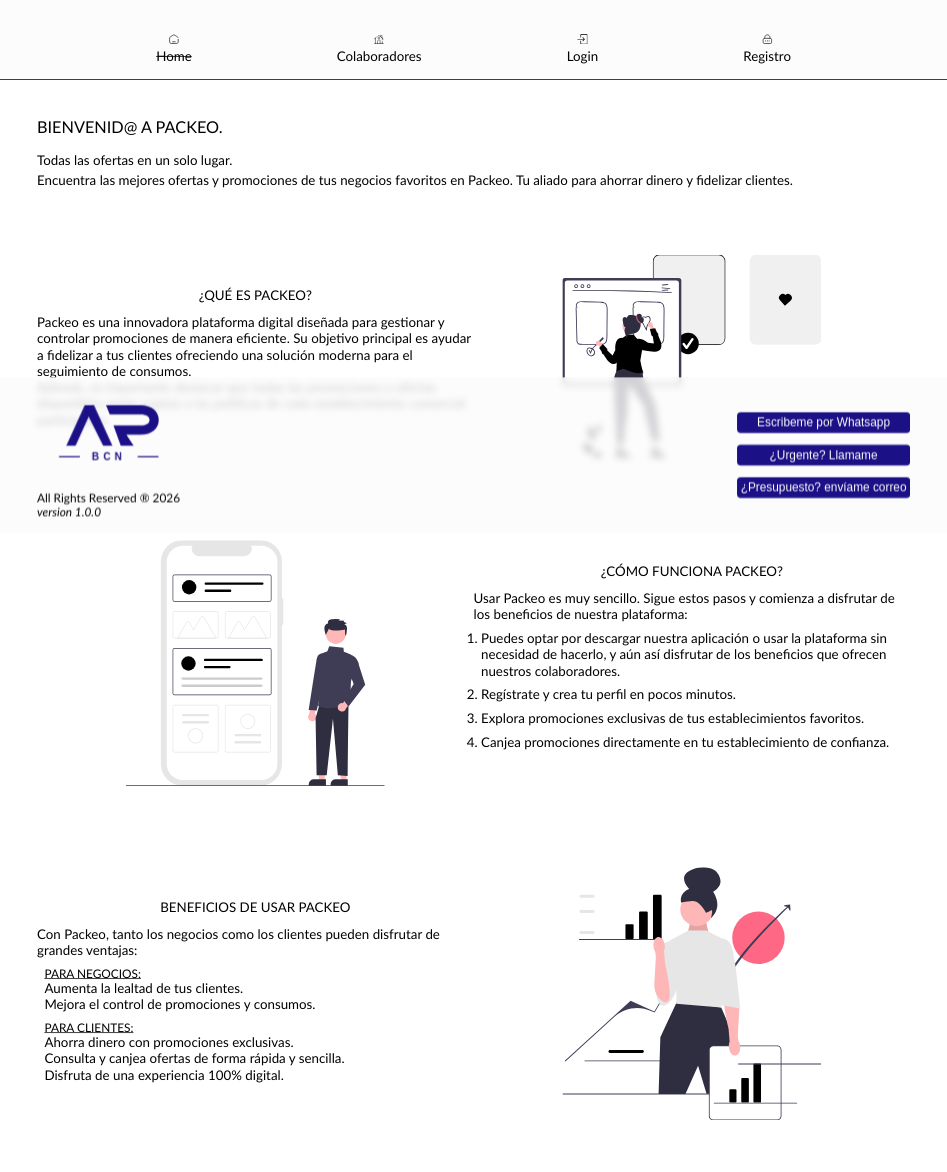
Repository: alupvcbarcelona/alupvcbarcelona-front
Page: /
These files come from the project's save history. The page is drawn as it stood at one moment and after the next save; the edit follows.
The browser window is 1280 px wide. The pictures show the whole page, at 74% of full size.
The page's requests for data from a server got no answer. The project was rebuilt for these pictures with package versions that can differ from the ones it lists, and the page was loaded fresh each time. No one was signed in, and anything a server would have sent is missing. Also part of the build but not shown: vite.config.js, src/reducers/partner.reducer/partner.action.js, src/views/Pack/utils/content.js, src/views/Pack/Pack.css, src/views/Pack/Pack.jsx, src/views/404/utils.js, src/views/404/NotFound.css, src/views/404/NotFound.jsx and 6 more.

Above is the page before, as saved 2026-07-24 09:20:52.

After the next save:
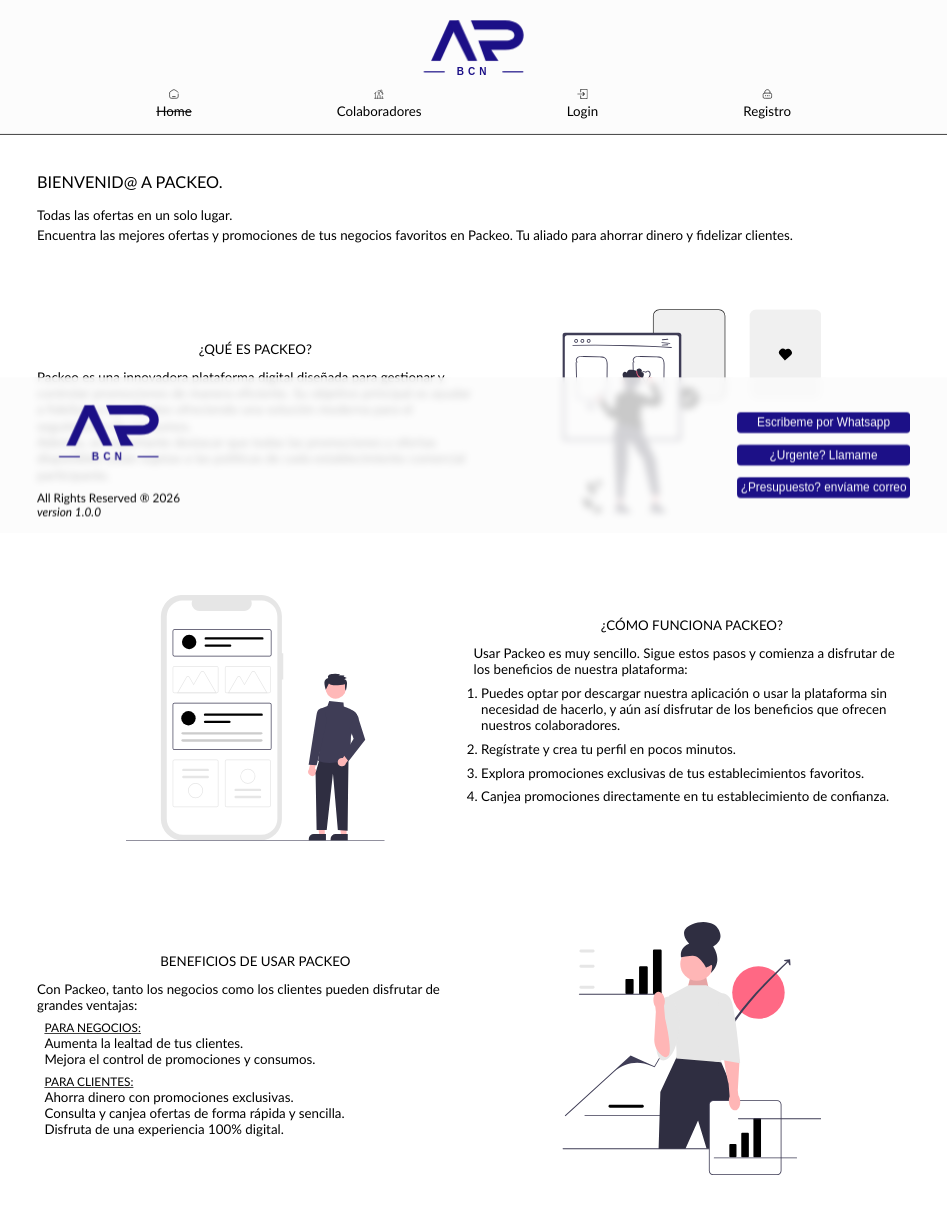
Saved 66 s later.
--- a/src/components/Header/Header.jsx
+++ b/src/components/Header/Header.jsx
@@ -8,6 +8,7 @@
 import './Header.css'
 import menu from '/menu.svg'
 import login from '/login.svg'
+import AluPVCLogo from '../Logo/AluPVCLogo'
 const Button = React.lazy(() => import('../Button/Button'))
 
 const Header = () => {
@@ -30,13 +31,7 @@
   return (
     <header className='header__container filter'>
       <div className='header__content-logo'>
-        <Button
-          text='PACKEO'
-          bgColor='rgba(255, 255, 255, 0)'
-          p='10px'
-          br='10px'
-          action={() => handleGoHome(navigate)}
-        />
+        <AluPVCLogo />
       </div>
       {width >= 510 ? (
         <div className='header__content-navbar'>
